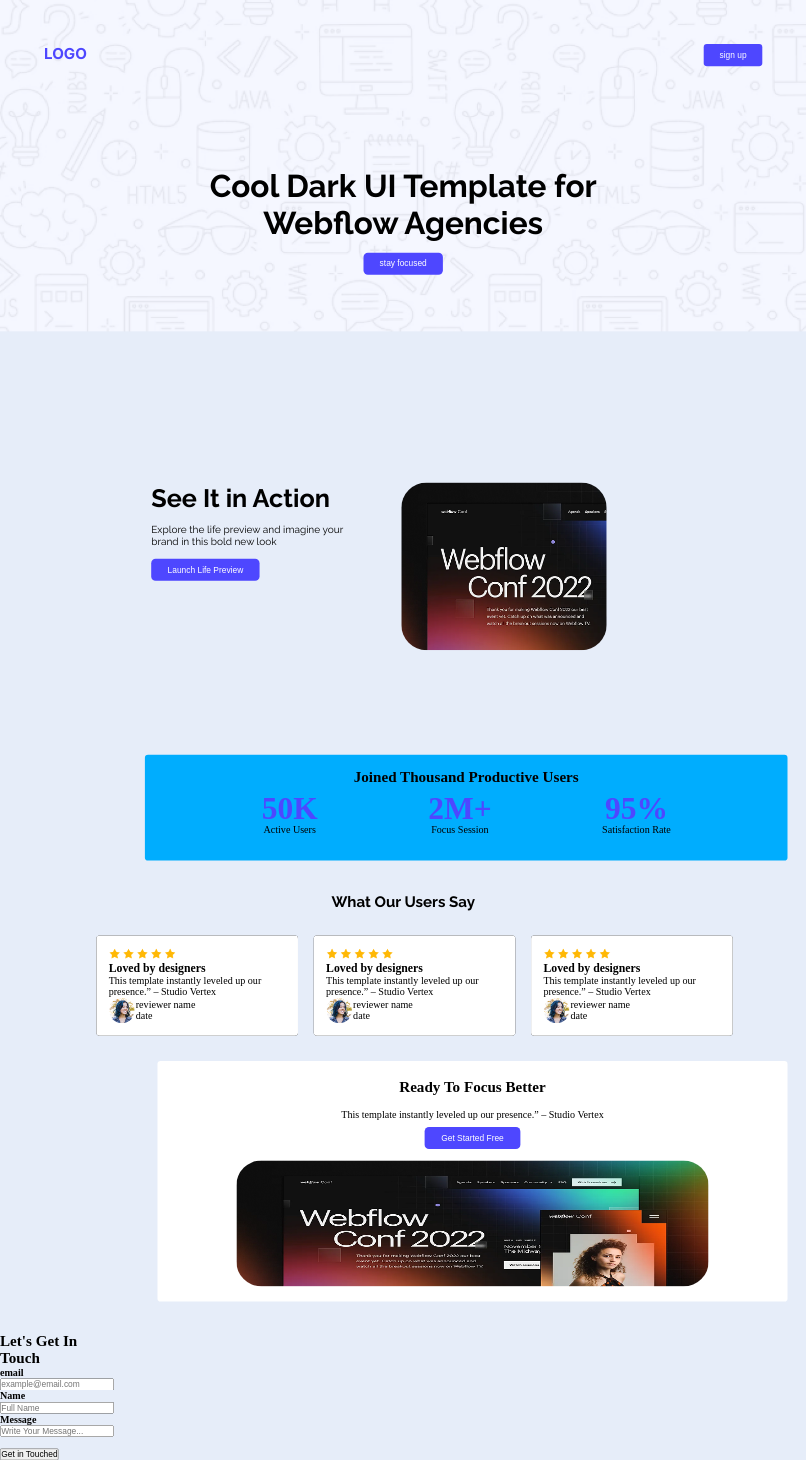
Repository: dollyrakhe22/landing-launchpad
Page: index.html
These files come from the project's save history. The page is drawn as it stood at one moment and after the next save; the edit follows.
The browser window is 1280 px wide. The pictures show the whole page, at 63% of full size.

Above is the page before, as saved 2025-07-11 10:05:44.

After the next save:
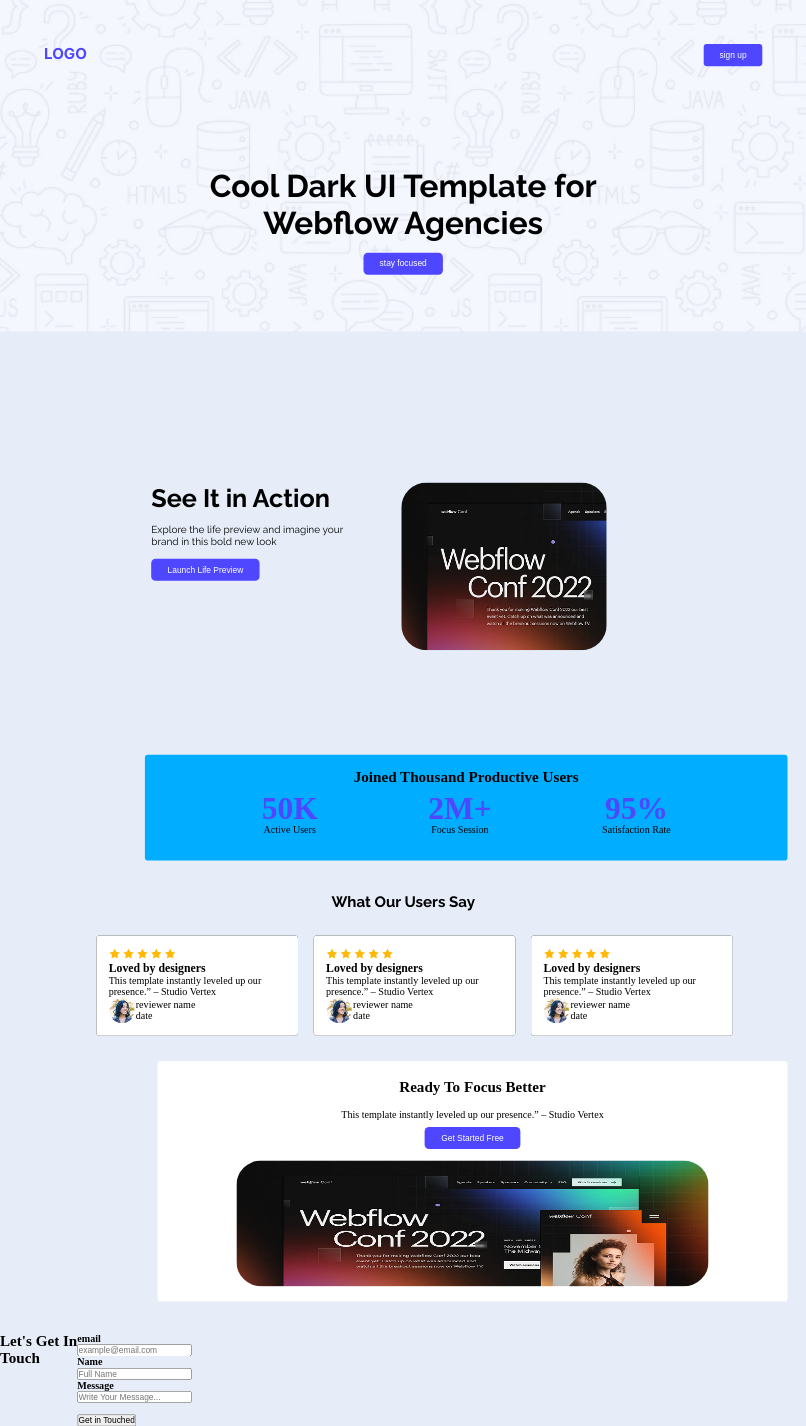
Saved 89 s later.
--- a/style.css
+++ b/style.css
@@ -171,3 +171,6 @@ nav button{
     height: 200px;
     border-radius: 40px;
 }
+.lets{
+    display: flex;
+}
